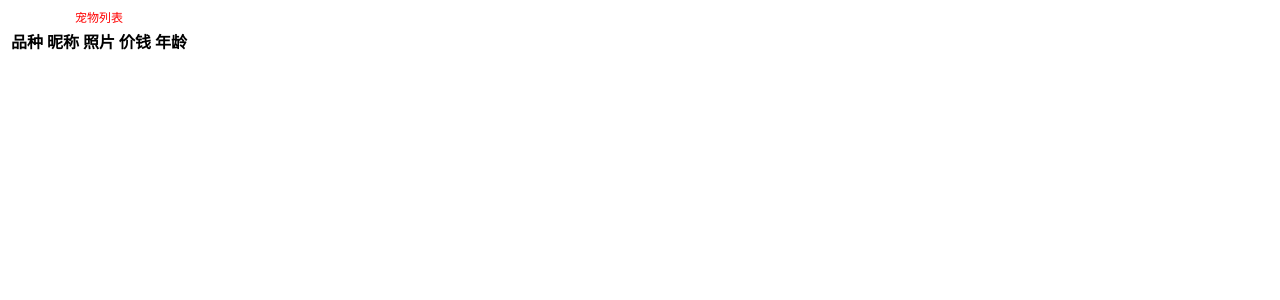
Repository: l897284707/0913
Page: 练习二.html
The author's editor kept a copy of each file at every save. The page is drawn from the files as they stood at one save, then again after the next save.
The browser window is 1280 px wide. The pictures show the whole page.

Above is the page before, as saved 2022-09-13 17:44:06.

### 练习二.html
<!DOCTYPE html>
<html lang="en">

<head>
    <meta charset="UTF-8">
    <meta http-equiv="X-UA-Compatible" content="IE=edge">
    <meta name="viewport" content="width=device-width, initial-scale=1.0">
    <title>Document</title>
</head>

<body>
    <table>
        <caption style="color:red;font-size: 12px;font-family: 华文行楷 ;">宠物列表</caption>
        <tr>
            <th>品种</th>
            <th>昵称</th>
            <th>照片</th>
            <th>价钱</th>
            <th>年龄</th>
        </tr>
        <tr>

        </tr>
        <tr>

        </tr>
        <tr>

        </tr>

    </table>
</body>

</html>

After the next save:
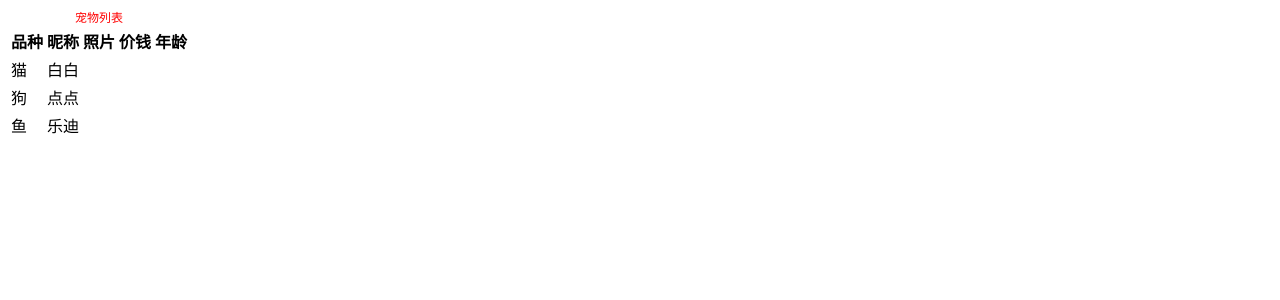
Saved 67 s later.
--- a/练习二.html
+++ b/练习二.html
@@ -19,13 +19,25 @@
             <th>年龄</th>
         </tr>
         <tr>
-
+            <td>猫</td>
+            <td>白白</td>
+            <td></td>
+            <td></td>
+            <td></td>
         </tr>
         <tr>
-
+            <td>狗</td>
+            <td>点点</td>
+            <td></td>
+            <td></td>
+            <td></td>
         </tr>
         <tr>
-
+            <td>鱼</td>
+            <td>乐迪</td>
+            <td></td>
+            <td></td>
+            <td></td>
         </tr>
 
     </table>
